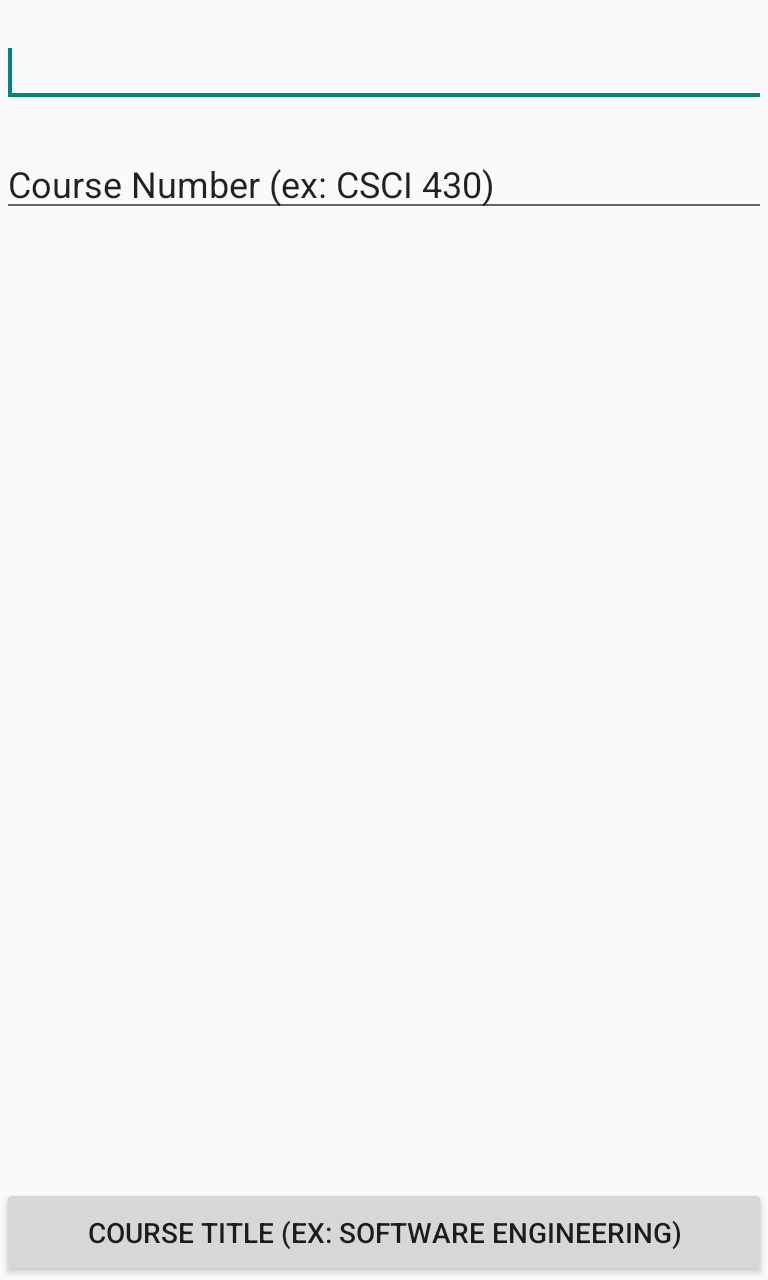
Repository: Jooms/Examples
Layout: CourseManager/res/layout/activity_main.xml
The author's editor kept a copy of each file at every save. The layout is drawn from the files as they stood at one save, then again after the next save.
It is drawn on a 768 x 1280 px phone screen (xhdpi) without system bars, with theme AppTheme; the app's code is not run.

Above is the layout before, as saved 2014-10-05 21:35:51.

### CourseManager/res/layout/activity_main.xml
<RelativeLayout xmlns:android="http://schemas.android.com/apk/res/android"
    xmlns:tools="http://schemas.android.com/tools"
    android:layout_width="match_parent"
    android:layout_height="match_parent"
    tools:context="${relativePackage}.${activityClass}" >

    <EditText
        android:id="@+id/editName"
        android:layout_width="wrap_content"
        android:layout_height="wrap_content"
        android:layout_alignParentLeft="true"
        android:layout_alignParentRight="true"
        android:layout_alignParentTop="true"
        android:layout_marginTop="14dp"
        android:ems="10" >

        <requestFocus />
    </EditText>

    <EditText
        android:id="@+id/editNumber"
        android:layout_width="wrap_content"
        android:layout_height="wrap_content"
        android:layout_alignLeft="@+id/editName"
        android:layout_alignParentRight="true"
        android:layout_below="@+id/editName"
        android:layout_marginTop="14dp"
        android:ems="10"
        android:text="Course Number (ex: CSCI 430)" />

    <Button
        android:id="@+id/buttonCreate"
        android:layout_width="wrap_content"
        android:layout_height="wrap_content"
        android:layout_alignParentBottom="true"
        android:layout_alignParentLeft="true"
        android:layout_alignParentRight="true"
        android:onClick="buttonCreatePressed"
        android:text="Course Title (ex: Software Engineering)" />

</RelativeLayout>

Loaded but not shown: CourseManager/res/values/styles.xml (common file); CourseManager/res/values-v11/styles.xml (common file); CourseManager/res/values-v14/styles.xml (common file)

After the next save:
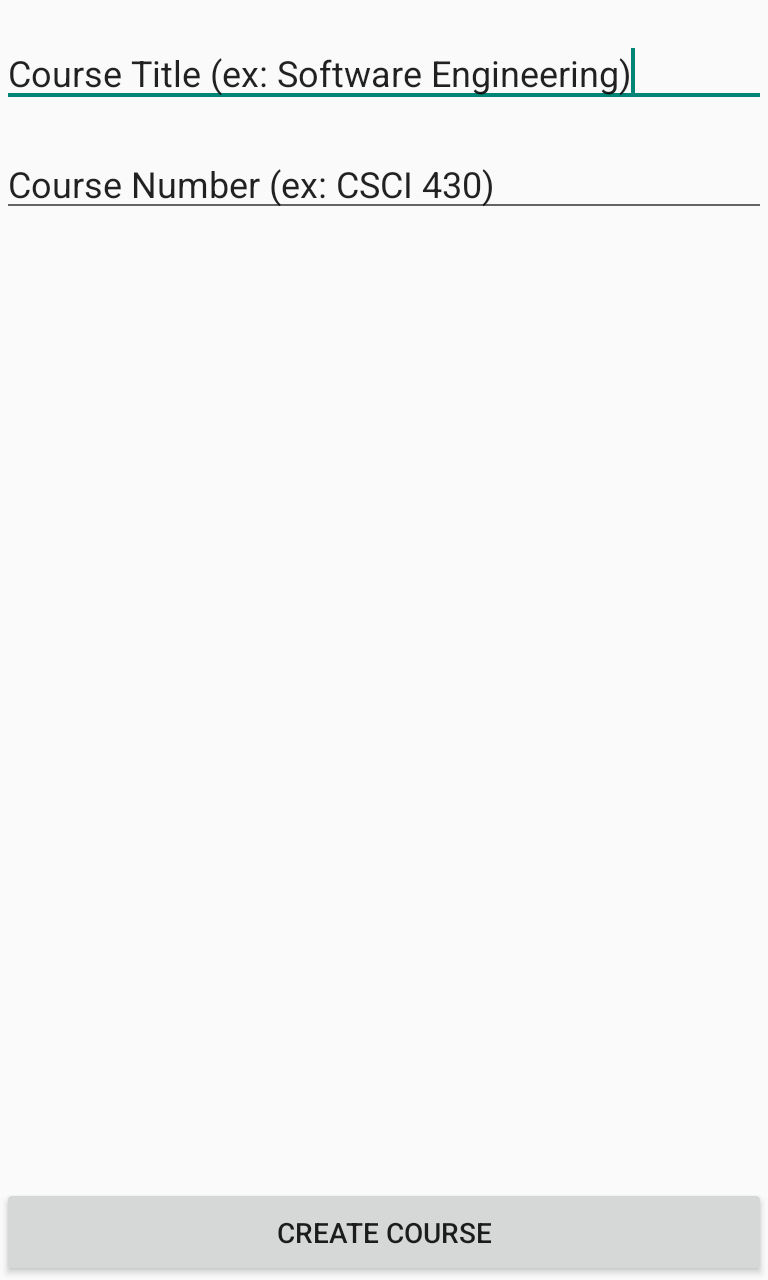
Saved 2 min 13 s later.
--- a/CourseManager/res/layout/activity_main.xml
+++ b/CourseManager/res/layout/activity_main.xml
@@ -12,8 +12,8 @@
         android:layout_alignParentRight="true"
         android:layout_alignParentTop="true"
         android:layout_marginTop="14dp"
-        android:ems="10" >
-
+        android:ems="10"
+		android:text="Course Title (ex: Software Engineering)" >
         <requestFocus />
     </EditText>
 
@@ -36,6 +36,6 @@
         android:layout_alignParentLeft="true"
         android:layout_alignParentRight="true"
         android:onClick="buttonCreatePressed"
-        android:text="Course Title (ex: Software Engineering)" />
+        android:text="Create Course" />
 
 </RelativeLayout>
